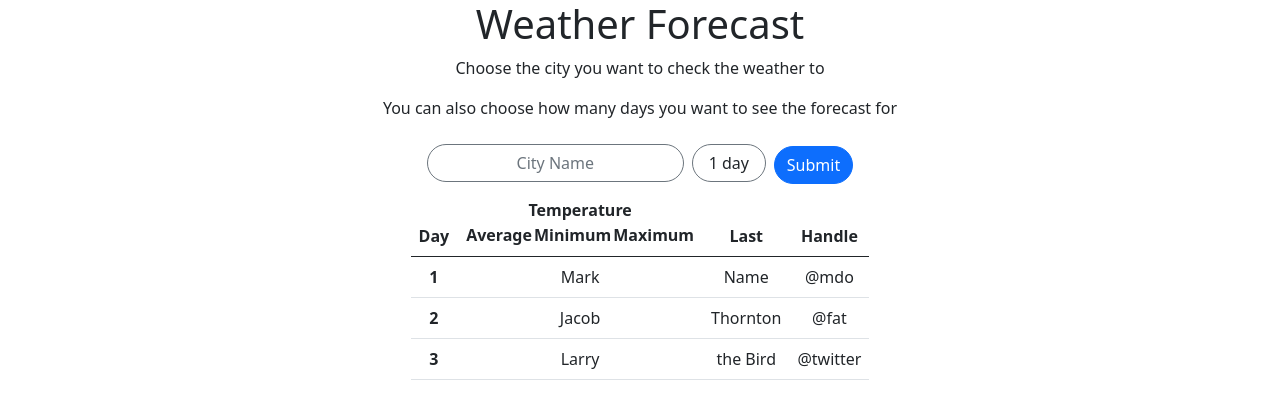
Repository: DimitrisDoxopoulos/my-own-weather-app
Page: /
These files come from the project's save history. The page is drawn as it stood at one moment and after the next save; the edit follows.
The browser window is 1280 px wide. The pictures show the whole page.
The project was rebuilt for these pictures with package versions that can differ from the ones it lists, and the page was loaded fresh each time.

Above is the page before, as saved 2021-06-03 20:02:05.

After the next save:
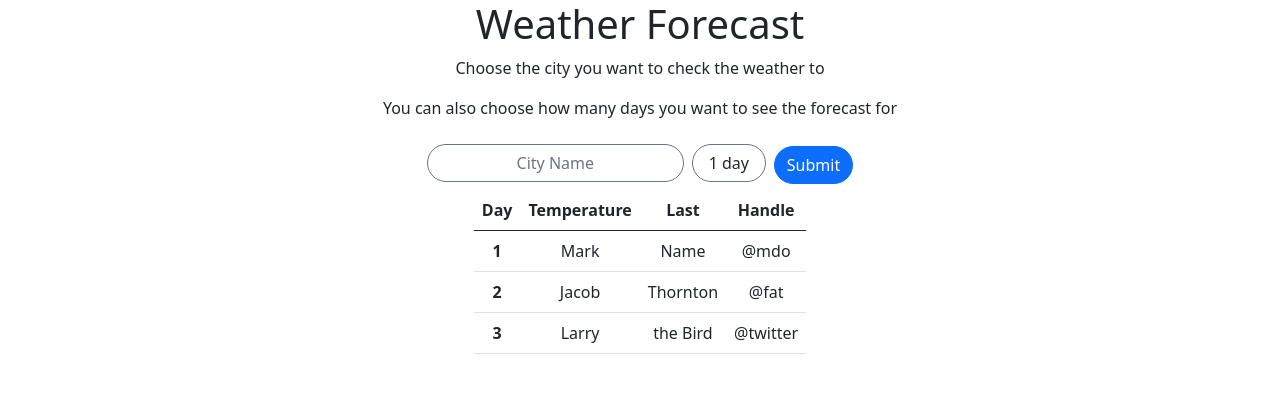
Saved 15 s later.
--- a/src/components/WeatherForecast.js
+++ b/src/components/WeatherForecast.js
@@ -7,12 +7,7 @@ const WeatherForecast = () => {
                 <thead class="thead-dark">
                     <tr>
                     <th scope="col">Day</th>
-                    <th scope="col">
-                        Temperature
-                        <th>Average</th>
-                        <th>Minimum</th>
-                        <th>Maximum</th>
-                    </th>
+                    <th scope="col">Temperature</th>
                     <th scope="col">Last</th>
                     <th scope="col">Handle</th>
                     </tr>
